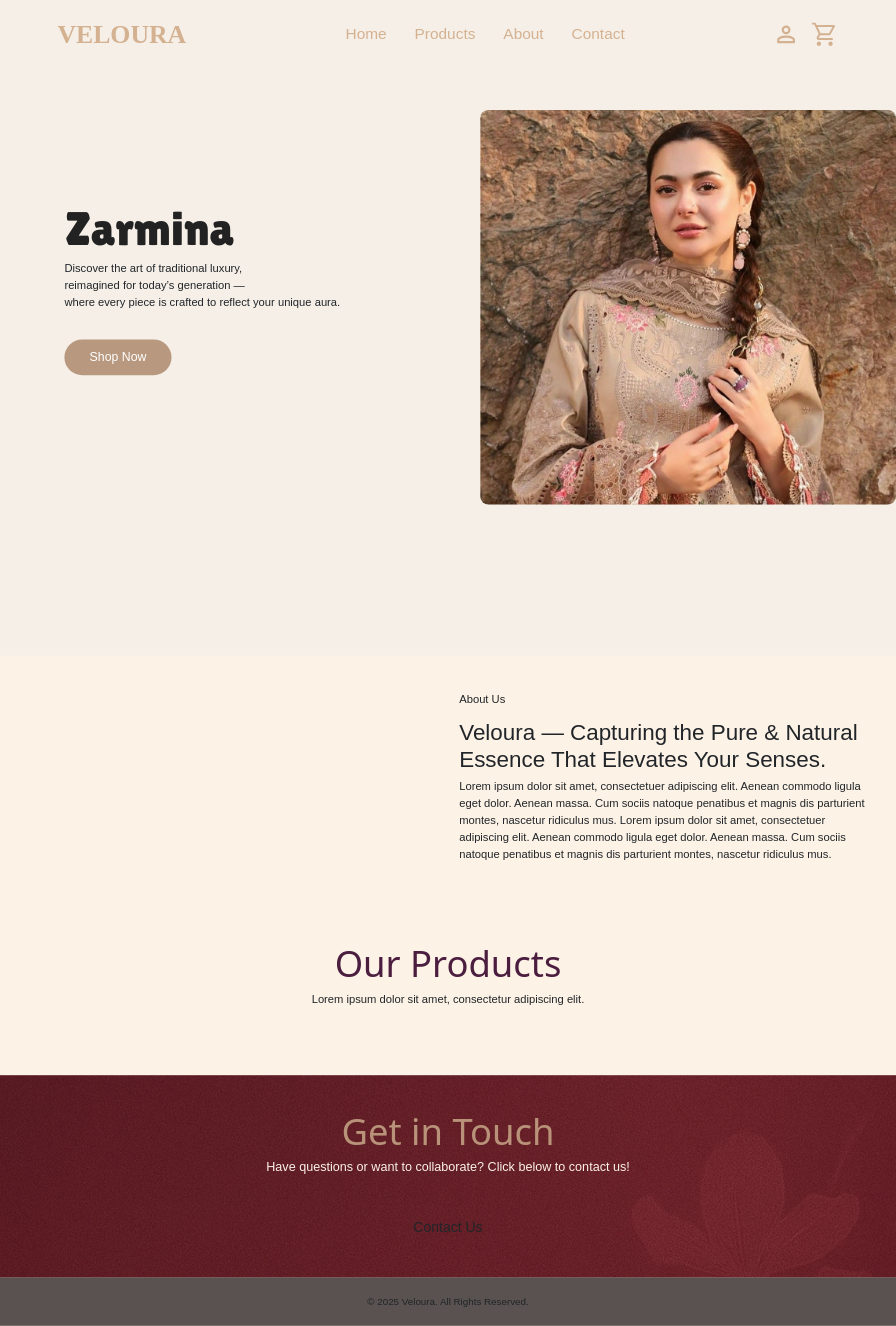
Repository: ayeshatehreem77/Clothing-store
Page: / (app in perfumes-app/)
An editor plug-in stored every save of this project. The page is shown before and after the next save, followed by the edit.
The browser window is 1280 px wide. The pictures show the whole page, at 70% of full size.
Pictures or frames that could not be fetched are drawn as grey boxes. The page's requests for data from a server got no answer. Some web fonts or font styles are not loaded; a fallback is used. The project was rebuilt for these pictures with package versions that can differ from the ones it lists, and the page was loaded fresh each time. No one was signed in, and anything a server would have sent is missing. Also part of the build but not shown: perfumes-app/src/components/Alert.js.

Above is the page before, as saved 2025-10-28 23:51:51.

### perfumes-app/public/index.html
<!DOCTYPE html>
<html lang="en">

<head>
  <meta charset="utf-8" />
  <link rel="icon" href="%PUBLIC_URL%/favicon.ico" />
  <meta name="viewport" content="width=device-width, initial-scale=1" />
  <meta name="theme-color" content="#000000" />
  <meta name="description" content="Web site created using create-react-app" />
  <link rel="apple-touch-icon" href="%PUBLIC_URL%/logo192.png" />
  <!--
      manifest.json provides metadata used when your web app is installed on a
      user's mobile device or desktop. See https://developers.google.com/web/fundamentals/web-app-manifest/
    -->
  <link rel="manifest" href="%PUBLIC_URL%/manifest.json" />

  <title>Zarmina</title>

  <link rel="preconnect" href="https://fonts.googleapis.com">
  <link rel="preconnect" href="https://fonts.gstatic.com" crossorigin>
  <link href="https://fonts.googleapis.com/css2?family=Libertinus+Serif+Display&family=Lilita+One&display=swap"
    rel="stylesheet">

</head>

<body>
  <noscript>You need to enable JavaScript to run this app.</noscript>
  <div id="root"></div>
  <!--
      This HTML file is a template.
      If you open it directly in the browser, you will see an empty page.

      You can add webfonts, meta tags, or analytics to this file.
      The build step will place the bundled scripts into the <body> tag.

      To begin the development, run `npm start` or `yarn start`.
      To create a production bundle, use `npm run build` or `yarn build`.
    -->
</body>

</html>

### perfumes-app/src/index.js
import React from 'react';
import ReactDOM from 'react-dom/client';
import './index.css';
import 'bootstrap/dist/css/bootstrap.min.css';
import 'bootstrap/dist/js/bootstrap.bundle.min.js';
import App from './App';
import reportWebVitals from './reportWebVitals';
import { AuthProvider } from './context/AuthContext';

const root = ReactDOM.createRoot(document.getElementById('root'));
root.render(
  <React.StrictMode>
    <AuthProvider>
    <App />
    </AuthProvider>
  </React.StrictMode>
);

// If you want to start measuring performance in your app, pass a function
// to log results (for example: reportWebVitals(console.log))
// or send to an analytics endpoint. Learn more: https://bit.ly/CRA-vitals
reportWebVitals();

### perfumes-app/src/context/AuthContext.js
// src/context/AuthContext.js
import React, { createContext, useState, useEffect } from "react";
import axios from "axios";

export const AuthContext = createContext();

export const AuthProvider = ({ children }) => {
  const [user, setUser] = useState(null);

  // ✅ Fetch user details from backend using token
  const fetchUser = async () => {
    const token = localStorage.getItem("token");
    if (!token) return;

    try {
      const res = await axios.get("http://localhost:4000/auth/user", {
        headers: { Authorization: `Bearer ${token}` },
      });
      setUser(res.data); // { userId, email, role }
    } catch (err) {
      console.error("Failed to fetch user:", err);
      localStorage.removeItem("token");
      setUser(null);
    }
  };

  // ✅ Auto-fetch user on first render (if token exists)
  useEffect(() => {
    fetchUser();
  }, []);

  // ✅ Handle login
  const login = async (email, password) => {
    try {
      const res = await axios.post("http://localhost:4000/auth/login", {
        email,
        password,
      });

      // backend returns { authToken: "..." }
      const token = res.data.authToken;
      if (!token) throw new Error("No token returned");

      localStorage.setItem("token", token);
      await fetchUser(); // instantly update user

      return true; // success
    } catch (err) {
      console.error("Login error:", err.response?.data || err.message);
      throw err.response?.data?.message || "Login failed";
    }
  };

  // ✅ Handle logout
  const logout = () => {
    localStorage.removeItem("token");
    setUser(null);
  };

  return (
    <AuthContext.Provider value={{ user, login, logout, fetchUser }}>
      {children}
    </AuthContext.Provider>
  );
};

### perfumes-app/src/App.css
body {
  font-family: 'Poppins', sans-serif;
  background-color: #FCF2E6;
}

html {
  scroll-behavior: smooth;
}


.veloura-logo {
  font-family: 'Playfair Display', serif;
  font-size: 2.3rem;
  color: #D4B191 !important;
}

.navbar {
  background: transparent !important;
}

button.navbar-toggler {
  border: none !important;
}

.navbar-toggler-icon {
  background-image: url("data:[embedded picture, 222 characters]");
}



.nav-link {
  color: #D4B191 !important;
  font-size: 22px;
}

.hero-section {
  background-color: #f5efe7;
  min-height: 100vh;
  display: flex;
  flex-direction: column;
  font-family: "Poppins", sans-serif;
}

/* =============== HERO LAYOUT =============== */
.hero-layout {
 display: flex;
    justify-content: center;
    align-items: flex-start;
    width: 100%;
    max-width: 1400px;
    height: 100vh;
    margin: 60px 0;

}

/* ---------- Left Section ---------- */
.hero-left {
    flex: 1 1;
    position: relative;
    margin: 133px 0px 0 92px;
}

.main-image {
  width: 100%;
  height: 564px;
  border-radius: 12px;
  overflow: hidden; /* ✅ ensures image stays inside box */
  position: relative;
  background-color: #93c5fd;
}

/* Make image fill box properly */
.main-image img {
  width: 100%;
  height: 100%;
  object-fit: cover; /* ✅ maintains aspect ratio without stretching */
  object-position: center;
  display: block;
}


.side-handle {
  position: absolute;
  left: -50px;
  bottom: 50%;
  transform: rotate(-90deg);
  font-size: 14px;
  color: #555;
  letter-spacing: 2px;
}

/* ---------- Right Section ---------- */
.hero-right {
  flex: 1;
  display: flex;
  flex-direction: column;
  justify-content: space-between;
  gap: 2rem;
}

/* Text Area */
.hero-text h2 {
  font-size: 1.6rem;
  color: #6c6c6c;
  margin-bottom: 5px;
  letter-spacing: 2px;
}

.hero-text h1 {
  font-family: "Lilita One", sans-serif;
  font-weight: 400;
  font-style: normal;
  font-size: 4.2rem;
  color: #222;
  line-height: 1.1;
}

.shop-btn {
  background-color: #b8997f;
  color: white;
  border: none;
  padding: 12px 36px;
  border-radius: 40px;
  font-size: 1.1rem;
  margin-top: 25px;
  cursor: pointer;
  transition: background-color 0.3s ease;
}

.shop-btn:hover {
  background-color: #a3846d;
}

/* Small Image Grid */
.image-grid {
  display: grid;
  grid-template-columns: repeat(2, 1fr);
  gap: 20px;
}

.small-box {
  height: 200px;
  background-color: #93c5fd;
  border-radius: 12px;
}

/* =============== RESPONSIVE DESIGN =============== */
@media (max-width: 992px) {
  .hero-layout {
    flex-direction: column;
    text-align: center;
  }

  .side-handle {
    display: none;
  }

  .hero-text h1 {
    font-size: 3rem;
  }

  .main-image {
    height: 400px;
  }
}


.products-section h2 {
  font-family: "Libertinus Serif Display", system-ui;
  font-weight: 400;
  font-style: normal;
  font-size: 52px;
  color: #4B1D3F;
}

.product-card {
  transition: all 0.3s ease-in-out;
  border-radius: 10px;
  background: transparent;
}

.card-img {
  border-radius: 10px;
  /* background: #FCF2E6; */
  background: #4B1D3F;
}

.product-card:hover {
  transform: translateY(-5px);
}

.card-text,
.card-title {
  font-size: 23px;
  color: #4B1D3F;
}

/* about us */

.aboutus {
  display: grid;
  grid-template-columns: 1fr 1fr;
  gap: 2rem;
  align-items: center;
  padding: 2rem;
  background: #FCF2E6;
}

.right-section video {
  width: 70%;
  max-height: 80vh;
  height: 100%;
  object-fit: cover;
  display: block;
}

/* product details */


.modal-header p {
  font-size: 14px;
  color: #451b277a;
}

.product-img {
  width: 100%;
  border-radius: 10px;
}

.product-title {
  font-family: "Libertinus Serif Display", system-ui;
  font-weight: 400;
  font-style: normal;
  font-size: 36px;
  color: #4B1D3F;
}



.modal-content {
  background: #FCF2E6 !important;
  margin: auto !important;
  height: 98vh;
  overflow: hidden;
}

.breadcrumb-item a {
  text-decoration: none !important;
  color: black !important;
}

.modal-dialog {
  max-width: 900px;
  display: flex;
  align-items: center;
  justify-content: center;
  min-height: calc(100vh - 2rem); /* keeps it centered */
}

/* Optional - pretty scrollbar inside modal */
.modal-content::-webkit-scrollbar {
  width: 8px;
}
.modal-content::-webkit-scrollbar-thumb {
  background: #d4b191;
  border-radius: 10px;
}
.modal-content::-webkit-scrollbar-thumb:hover {
  background: #b8937a;
}

.modal-body {
  padding: 2rem !important;
}

.gender,
.concentration {
  background-color: #D4B191;
  border-radius: 21%;
  padding: 6px 11px;
  margin-bottom: 5px;
}

.add-cart-btn {
  margin-top: 1rem;
  background-color: #D4B191;
  padding: 10px 25px;
  color: #451B27;
  font-weight: 600;
}

.product-detail {
  margin-top: 0;
  margin-bottom: 1rem;
  font-size: 13px;
  color: #8b745e;
}

.btn-close:focus {
  box-shadow: none !important;
  outline: none !important;
}

/* contact us */

.contact-us {
  background-image: url("Assets/contactus2-bg.png");
  background-position: center;
  background-repeat: no-repeat;
  background-size: cover;
}

.contact-section h2 {
  font-family: "Libertinus Serif Display", system-ui;
  font-weight: 400;
  font-style: normal;
  font-size: 52px;
  color: #b8937a;
  text-align: center;
}

.contact-section p {
  font-size: 18px;
  color: #FCF2E6;
  /* accent purple */
  margin-bottom: 3rem;
  text-align: center;
}

.contact-form {
  max-width: 600px;
  margin: 0 auto;
  display: grid;
  gap: 1.5rem;
}

.contact-form input,
.contact-form textarea {
  padding: 1rem 1.2rem;
  border: 2px solid #D4B191;
  /* brand pink/gold */
  border-radius: 10px;
  font-size: 16px;
  width: 100%;
  outline: none;
  transition: border 0.3s, box-shadow 0.3s;
}

.contact-form input:focus,
.contact-form textarea:focus {
  border-color: #5E1E27;
  /* pink highlight */
  box-shadow: 0 0 10px rgba(252, 65, 90, 0.2);
}

.contact-form button {
  background-color: #D4B191;
  color: #451B27;
  padding: 1rem 2.5rem;
  font-size: 18px;
  font-weight: 600;
  border: none;
  border-radius: 10px;
  cursor: pointer;
  transition: transform 0.3s, background 0.3s;
}

.contact-form button:hover {
  background-color: #5E1E27;
  color: #fff;
  transform: scale(1.05);
}

/* Responsive */
@media (max-width: 768px) {
  .contact-form {
    gap: 1rem;
  }

  .contact-section h2 {
    font-size: 36px;
  }

  .contact-section p {
    font-size: 16px;
  }
}

/* Copyright */

footer {
  position: relative;
  bottom: 0;
  width: 100%;
  background-color: #0b0708ac;
}

/* login modal */

.auth-modal-content {
  background-color: #fdf7f2 !important;
  border-radius: 16px;
  border: none;
  box-shadow: 0 4px 20px rgba(0, 0, 0, 0.1);
  height: 90vh !important;
  width: 70%;
}

.auth-title {
  color: #4c0d23;
  font-weight: 700;
}

.auth-login-btn {
  background-color: #4c0d23;
  color: #fff;
  border-radius: 12px;
  transition: background-color 0.3s ease;
}

.auth-login-btn:hover {
  background-color: #300818;
}

.auth-signup-btn {
  border: 2px solid #b8860b;
  color: #b8860b;
  border-radius: 12px;
  background-color: transparent;
  transition: all 0.3s ease;
}

.auth-signup-btn:hover {
  background-color: #b8860b;
  color: #fff;
}

.auth-forgot-link {
  color: #4c0d23;
  text-decoration: none;
  font-weight: 500;
}

.auth-forgot-link:hover {
  text-decoration: underline;
}

.authfade-enter {
  opacity: 0;
  transform: translateY(10px);
}
.authfade-enter-active {
  opacity: 1;
  transform: translateY(0);
  transition: opacity 300ms ease, transform 300ms ease;
}
.authfade-exit {
  opacity: 1;
  transform: translateY(0);
}
.authfade-exit-active {
  opacity: 0;
  transform: translateY(-10px);
  transition: opacity 300ms ease, transform 300ms ease;
}

### perfumes-app/src/components/Aboutus.js
import React, { useEffect, useRef } from 'react';

function Aboutus() {
  const videoRef = useRef(null);

  useEffect(() => {
    if (videoRef.current) {
      const playPromise = videoRef.current.play();
      if (playPromise !== undefined) {
        playPromise.catch((error) => {
          console.log("Autoplay prevented:", error);
        });
      }
    }
  }, []);

  return (
    <div id='about' className="aboutus" style={{  }}>
      <div className="right-section">
        <video
          ref={videoRef}
          autoPlay
          muted
          loop
          playsInline
          style={{ width: "100%", height: "auto", borderRadius: "12px", objectFit: "cover" }}
        >
          <source src="/assets/aboutusvideo.mp4" type="video/mp4" />
          Your browser does not support the video tag.
        </video>
      </div>
      <div className="left-section">
        <p>About Us</p>
        <h2>
          Veloura — Capturing the Pure & Natural Essence That Elevates Your Senses.
        </h2>
        <p>Lorem ipsum dolor sit amet, consectetuer adipiscing elit. Aenean commodo ligula eget dolor. Aenean massa. Cum sociis natoque penatibus et magnis dis parturient montes, nascetur ridiculus mus. Lorem ipsum dolor sit amet, consectetuer adipiscing elit. Aenean commodo ligula eget dolor. Aenean massa. Cum sociis natoque penatibus et magnis dis parturient montes, nascetur ridiculus mus. </p>
      </div>
    </div>
  );
}

export default Aboutus;

### perfumes-app/src/components/ContactForm.js
import React from 'react'

function ContactForm() {
  return (
    <div className='contact-us align-center text-center'>
        <div className='contact-section pt-5'>
      <h2>
        Get in Touch
      </h2>
      <p>
        Have questions or want to collaborate? Click below to contact us!
      </p>
        </div>
      <button
        type="button"
        className="btn btn-lg shopnow-btn mb-5 mt-0"
        data-bs-toggle="modal"
        data-bs-target="#contactModal"
      >
        Contact Us
      </button>
    </div>
  )
}

export default ContactForm

### perfumes-app/src/components/Footer.js
import React from "react";

function Footer() {
  const year = new Date().getFullYear();

  return (
    <footer
      className="text-center py-4"
    >
      <p style={{ margin: 0, fontSize: "14px" }}>
        &copy; {year} Veloura. All Rights Reserved.
      </p>
    </footer>
  );
}

export default Footer;

### perfumes-app/src/components/Hero.js
import React from "react";
import Navbar from "./Navbar";

function Hero() {
  return (
    <div className="hero-section">
      <Navbar />

      <div className="hero-layout">
        {/* Left Main Image Box */}
        <div className="hero-left">
          <div className="hero-text">
            <h1>Zarmina</h1>
            <p>
              Discover the art of traditional luxury, <br/> reimagined for today’s generation — <br/> where every piece is crafted to reflect your unique aura.
            </p>
            <button className="shop-btn">Shop Now</button>
          </div>
        </div>

        {/* Right Side Content */}
        <div className="hero-right">
          <div className="main-image">
            <img src="assets/hero-img1.jpg" alt="" />
          </div>
        </div>
      </div>
    </div>
  );
}

export default Hero;

### perfumes-app/src/components/Products.js
import React, { useEffect, useState } from "react";

function Products({ setSelectedProduct }) {
  const [products, setProducts] = useState([]);
  const [loading, setLoading] = useState(true);

  useEffect(() => {
    const fetchProducts = async () => {
      try {
        const res = await fetch("http://localhost:4000/products");
        const data = await res.json();
        setProducts(data.data || data);
      } catch (error) {
        console.error("Failed to fetch products:", error);
      } finally {
        setLoading(false);
      }
    };

    fetchProducts();
  }, []);

  if (loading) return <p className="text-center">Loading products...</p>;

  return (
    <div id="products" className="products-section py-5">
      <div className="container w-75">
        <div className="product-text text-center mb-5">
          <h2>Our Products</h2>
          <p className="mx-5 mb-5">
            Lorem ipsum dolor sit amet, consectetur adipiscing elit.
          </p>
        </div>

        <div className="row">
          {products.map((product) => (
            <div className="col-md-4 mb-4" key={product._id}>
              <div
                className="card border-0 product-card h-100"
                data-bs-toggle="modal"
                data-bs-target="#productsDetails"
                onClick={() => setSelectedProduct(product)}
              >
                <img
                  src={`http://localhost:4000${product.images?.[0]?.url}`}
                  className="card-img card-img-top"
                  alt={product.name}
                />
                <div className="card-body text-center">
                  <h5 className="card-title">{product.name}</h5>
                  <p className="card-text">${product.price}</p>
                </div>
              </div>
            </div>
          ))}
        </div>
      </div>
    </div>
  );
}

export default Products;

### perfumes-app/src/components/Navbar.js
import React, { useContext } from "react";
import { AuthContext } from "../context/AuthContext";

function Navbar() {
  const { user, logout } = useContext(AuthContext);

  return (
    <nav className="navbar navbar-expand-lg py-3">
      <div className="container d-flex justify-content-between align-items-center">
        <a className="navbar-brand fw-bold text-uppercase veloura-logo" href="/">
          Veloura
        </a>

        <ul className="navbar-nav mx-auto d-lg-flex flex-row gap-4">
          <li className="nav-item"><a className="nav-link" href="/">Home</a></li>
          <li className="nav-item"><a className="nav-link" href="#products">Products</a></li>
          <li className="nav-item"><a className="nav-link" href="#about">About</a></li>
          <li className="nav-item">
            <a className="nav-link" href="/" data-bs-toggle="modal" data-bs-target="#contactModal">Contact</a>
          </li>
        </ul>

        <div className="d-none d-lg-flex align-items-center gap-3">
            <a
              className="nav-link p-0"
              href="#"
              data-bs-toggle="modal"
              data-bs-target="#authModal"
            >
              <svg xmlns="http://www.w3.org/2000/svg" height="38px" viewBox="0 -960 960 960" width="38px" fill="#D4B191"><path d="M480-480q-66 0-113-47t-47-113q0-66 47-113t113-47q66 0 113 47t47 113q0 66-47 113t-113 47ZM160-160v-112q0-34 17.5-62.5T224-378q62-31 126-46.5T480-440q66 0 130 15.5T736-378q29 15 46.5 43.5T800-272v112H160Zm80-80h480v-32q0-11-5.5-20T700-306q-54-27-109-40.5T480-360q-56 0-111 13.5T260-306q-9 5-14.5 14t-5.5 20v32Zm240-320q33 0 56.5-23.5T560-640q0-33-23.5-56.5T480-720q-33 0-56.5 23.5T400-640q0 33 23.5 56.5T480-560Zm0-80Zm0 400Z" /></svg>
            </a>

          <a
            href="#"
            className="nav-link"
            data-bs-toggle="modal"
            data-bs-target="#cartModal"
          >
            <svg xmlns="http://www.w3.org/2000/svg" height="40px" viewBox="0 -960 960 960" width="40px" fill="#D4B191"><path d="M284.53-80.67q-30.86 0-52.7-21.97Q210-124.62 210-155.47q0-30.86 21.98-52.7Q253.95-230 284.81-230t52.69 21.98q21.83 21.97 21.83 52.83t-21.97 52.69q-21.98 21.83-52.83 21.83Zm400 0q-30.86 0-52.7-21.97Q610-124.62 610-155.47q0-30.86 21.98-52.7Q653.95-230 684.81-230t52.69 21.98q21.83 21.97 21.83 52.83t-21.97 52.69q-21.98 21.83-52.83 21.83ZM238.67-734 344-515.33h285.33l120-218.67H238.67ZM206-800.67h589.38q22.98 0 34.97 20.84 11.98 20.83.32 41.83L693.33-490.67q-11 19.34-28.87 30.67-17.87 11.33-39.13 11.33H324l-52 96h487.33V-286H278q-43 0-63-31.83-20-31.84-.33-68.17l60.66-111.33-149.33-316H47.33V-880h121.34L206-800.67Zm138 285.34h285.33H344Z"/></svg>
          </a>
        </div>
      </div>
    </nav>
  );
}

export default Navbar;

Loaded but not shown: perfumes-app/src/index.css (common file); perfumes-app/src/reportWebVitals.js (common file); perfumes-app/src/components/Login.js (294 lines, source omitted); perfumes-app/src/components/ProductsDetails.js (160 lines, source omitted); perfumes-app/src/components/AddToCart.js (158 lines, source omitted); perfumes-app/src/components/ContactModal.js (121 lines, source omitted); perfumes-app/src/App.js (116 lines, source omitted)

After the next save:
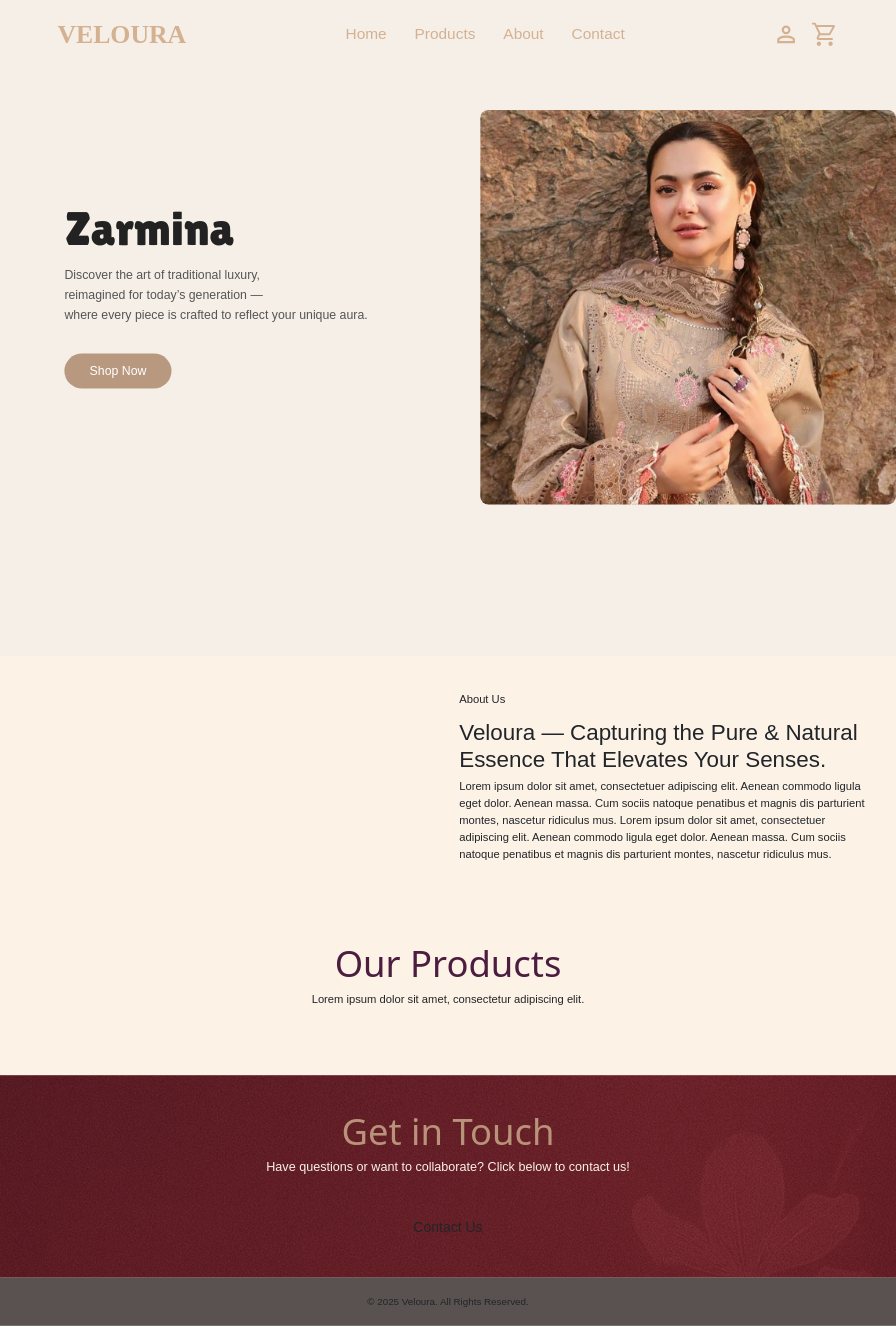
Saved 2 min 40 s later.
--- a/perfumes-app/src/App.css
+++ b/perfumes-app/src/App.css
@@ -113,6 +113,13 @@ button.navbar-toggler {
   font-size: 4.2rem;
   color: #222;
   line-height: 1.1;
+}
+
+.hero-text p {
+  font-size: 1.1rem;
+  color: #555;
+  margin-top: 15px;
+  line-height: 1.6;
 }
 
 .shop-btn {
